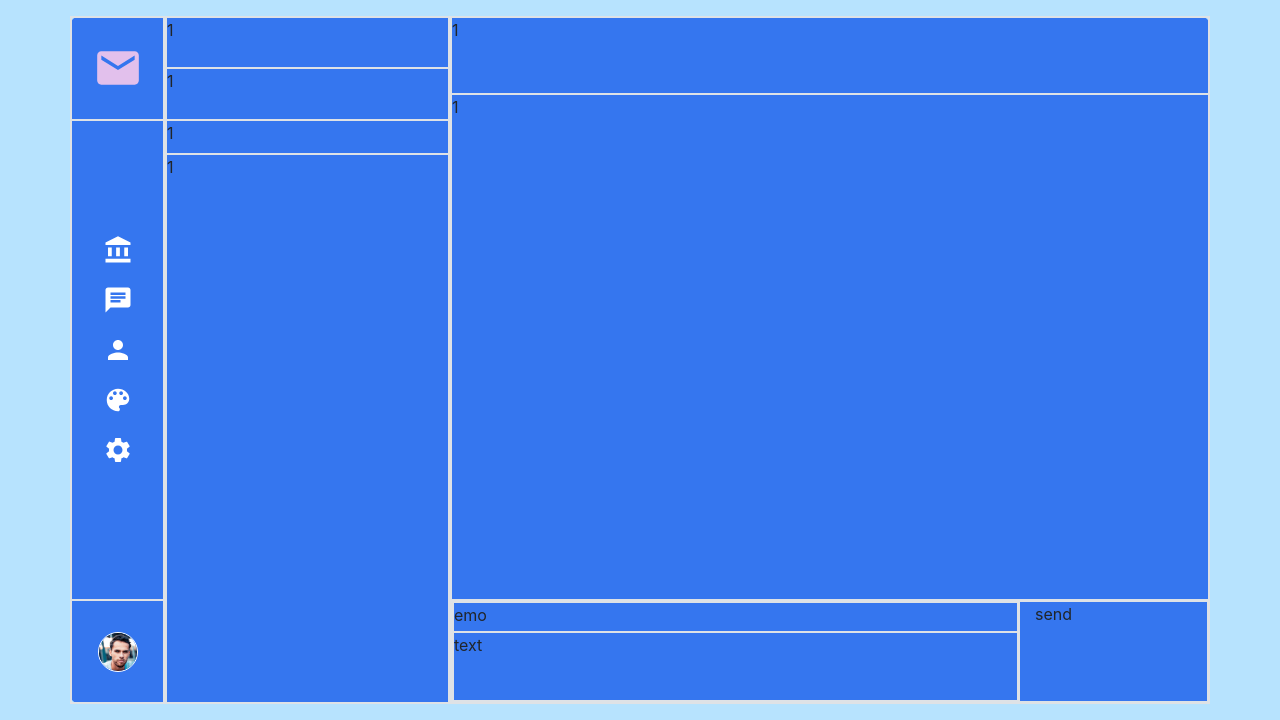
Repository: arafat877/super-chat
Page: /
An editor plug-in stored every save of this project. The page is shown before and after the next save, followed by the edit.
The browser window is 1280 px wide. The pictures show the whole page.
The project was rebuilt for these pictures with package versions that can differ from the ones it lists, and the page was loaded fresh each time.

Above is the page before, as saved 2020-08-06 22:42:32.

### public/index.html
<!DOCTYPE html>
<html lang="en">
  <head>
    <meta charset="utf-8" />
    <meta name="viewport" content="width=device-width, initial-scale=1" />
    <meta name="theme-color" content="#000000" />
    <meta
      name="description"
      content="Chat application with node.js, express, react.js, mongoDb and socket.io"
    />
    <link rel="stylesheet" href="styles.css" />
    <link
      rel="stylesheet"
      href="https://maxcdn.bootstrapcdn.com/bootstrap/4.5.0/css/bootstrap.min.css"
      integrity="sha384-9aIt2nRpC12Uk9gS9baDl411NQApFmC26EwAOH8WgZl5MYYxFfc+NcPb1dKGj7Sk"
      crossorigin="anonymous"
    />

    <title>Super Chat</title>
  </head>
  <body>
    <noscript>You need to enable JavaScript to run this app.</noscript>
    <div id="root"></div>
  </body>
</html>

### src/App.js
import React from "react";
import "./App.scss";
import {
  Email,
  Chat,
  Person,
  Settings,
  Palette,
  AccountBalance,
} from "@material-ui/icons";

function App() {
  return (
    <div className="appContainer vh-100 d-flex">
      <div className="container mt-3 mb-3 appWrapper">
        <div className="row h-100">
          <div className="col-md-1 container h-100 border firstCol">
            <div className="row border logoRow justify-content-center">
              <Email className="m-auto logo" />
            </div>
            <div className="row border menuRow">
              <ul className="menuList m-auto p-0">
                <li className="menuItem">
                  <AccountBalance className="menuItemIcon" />
                </li>
                <li className="menuItem">
                  <Chat className="menuItemIcon"/>
                </li>
                <li className="menuItem">
                  <Person className="menuItemIcon"/>
                </li>
                <li className="menuItem">
                  <Palette className="menuItemIcon"/>
                </li>
                <li className="menuItem">
                  <Settings className="menuItemIcon"/>
                </li>
              </ul>
            </div>
            <div className="row border photoRow justify-content-center">
              <img className="m-auto profilePhoto" src={require("./assets/m1.jpeg")} alt="profile"/>
            </div>
          </div>
          <div className="col-md-3 container h-100 border secondCol">
            <div className="row border searchRow">1</div>
            <div className="row border convRow">1</div>
            <div className="row border selectRow">1</div>
            <div className="row border groupsRow">1</div>
          </div>
          <div className="col-md-8 container border h-100 border thirdCol">
            <div className="row border chatInfo">1</div>
            <div className="row border chatMessages">1</div>
            <div className="row border chatInput">
              <div className="col-md-9 container border">
                <div className="row border inputEmoji">emo</div>
                <div className="row border inputText">text</div>
              </div>
              <div className="col-md-3 border">send</div>
            </div>
          </div>
        </div>
      </div>
    </div>
  );
}

export default App;

### src/App.scss
.appContainer {
  background-color: #b7e3fe;

  .appWrapper {
    background-color: #3576ef;
    border-radius: 10px;

    .firstCol {
      .logoRow {
        height: 15%;

        .logo {
          font-size: 50px;
          color: rgb(226, 192, 236);
        }
      }
      .menuRow {
        height: 70%;

        .menuList {
          list-style: none;


          .menuItem {
            margin-bottom: 20px;

            .menuItemIcon {
              font-size: 30px;
              color: white;
            }
          }
        }
      }
      .photoRow {
        height: 15%;

        .profilePhoto{
            height: 40px;
            width: 40px;
            border: solid thin white;
            border-radius: 50%;
            object-fit: cover;
        }
      }
    }

    .secondCol {
      .searchRow {
        height: 7.5%;
      }
      .convRow {
        height: 7.5%;
      }
      .selectRow {
        height: 5%;
      }
      .groupsRow {
        height: 80%;
      }
    }

    .thirdCol {
      .chatInfo {
        height: 11.25%;
      }
      .chatMessages {
        height: 73.75%;
      }
      .chatInput {
        height: 15%;

        .inputEmoji {
          height: 30%;
        }
        .inputText {
          height: 70%;
        }
      }
    }
  }
}

Loaded but not shown: src/index.js (common file); public/styles.css (common file)

After the next save:
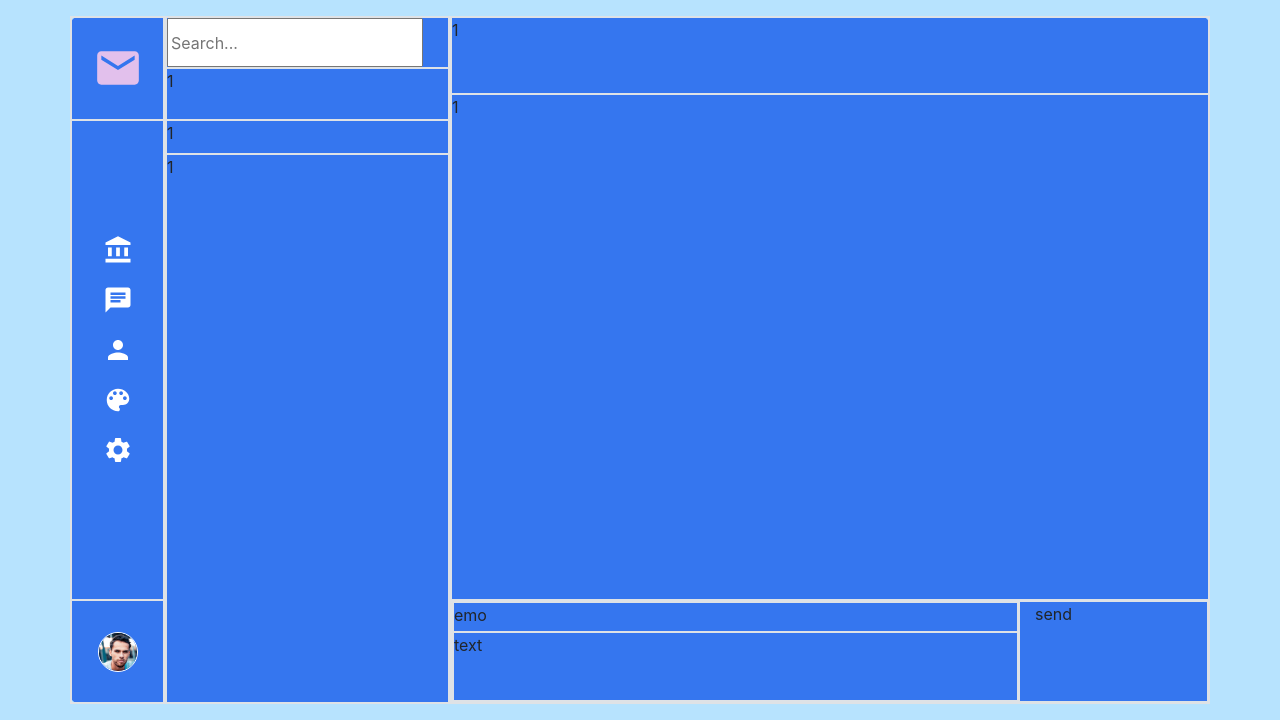
Saved 32 s later.
--- a/src/App.js
+++ b/src/App.js
@@ -42,7 +42,9 @@ function App() {
             </div>
           </div>
           <div className="col-md-3 container h-100 border secondCol">
-            <div className="row border searchRow">1</div>
+            <div className="row border searchRow">
+              <input placeholder="Search..."/>
+            </div>
             <div className="row border convRow">1</div>
             <div className="row border selectRow">1</div>
             <div className="row border groupsRow">1</div>
